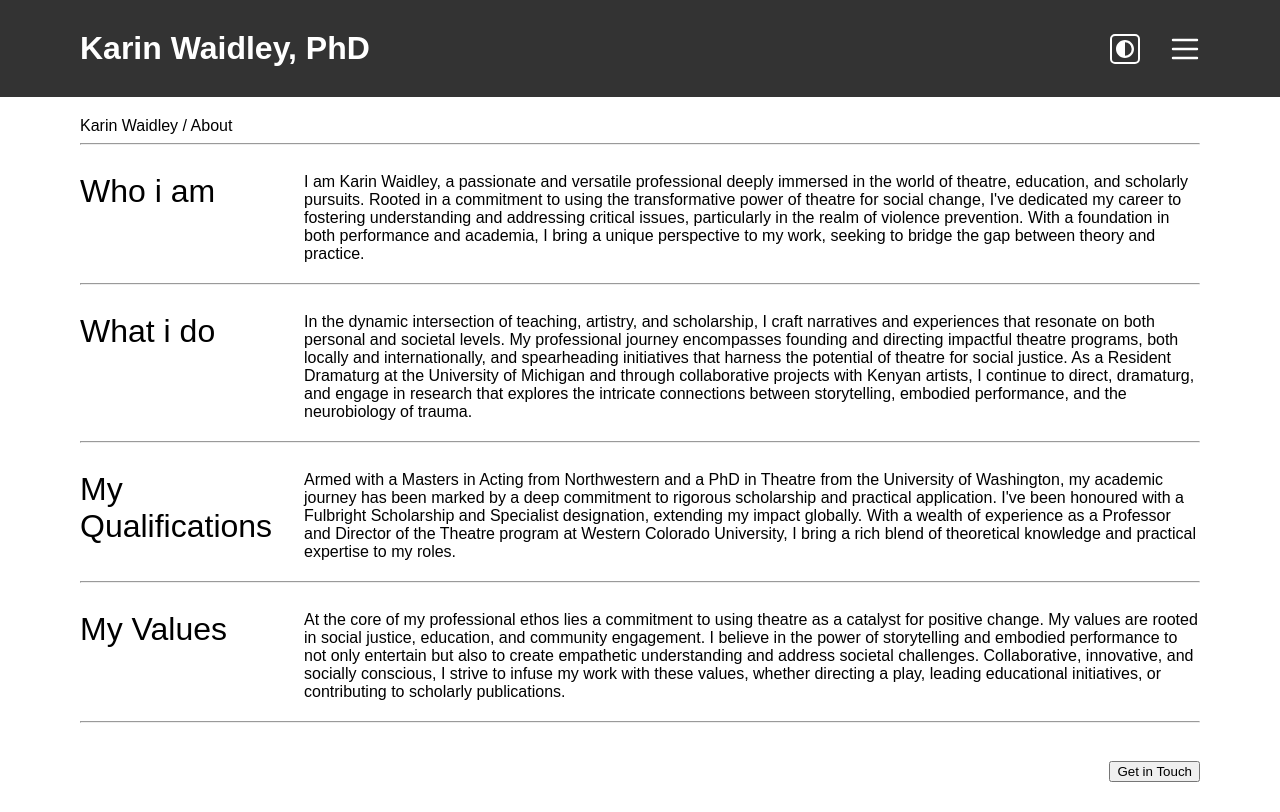
Repository: Ceasor7/Karin
Page: about.html
The author's editor kept a copy of each file at every save. The page is drawn from the files as they stood at one save, then again after the next save.
The browser window is 1280 px wide. The pictures show the whole page.

Above is the page before, as saved 2023-12-14 14:24:17.
Not found: stingo.css

### about.html
<!DOCTYPE html>
<html lang="en">

<head>
    <meta charset="UTF-8">
    <meta name="viewport" content="width=device-width, initial-scale=1.0">
    <link rel="stylesheet" href="stingo.css">
    <title>Karin Waidley,PhD | About</title>
    <style>
        /* about page */
        nav {
            float: left;
            width: 20%;
            font-size: 2em;
        }

        article {
            float: left;
            width: 80%;
            margin-bottom: 20px;
        }

        /* Clear floats after the columns */
        section::after {
            content: "";
            display: table;
            clear: both;
        }

        .about-button {
            margin-top: 30px;
            text-align: right;
            margin-bottom: 30px;
            margin-right: 80px;
        }

        /* about page */
        /* navbar */
        /* Resetting some default styles for better consistency */
        body,
        h1,
        h2,
        h3,
        p,
        ul,
        li {
            margin: 0;
            padding: 0;
            list-style: none;
        }

        /* Global styles */
        body {
            font-family: Arial, sans-serif;
        }

        /* Navbar styles */
        header {
            background-color: #333;
            color: white;
            padding: 10px 0;
        }

        .navbar {
            display: flex;
            justify-content: space-between;
            align-items: center;
            padding: 20px;
            margin-left: 60px;
            margin-right: 60px;
        }

        .navbar-logo {
            font-size: 2em;
            font-weight: bold;
        }

        .navbar-icons {
            display: flex;
            gap: 10px;
        }

        .dark-mode-toggle {
            color: var(--secondary-color);
            border: 2px solid currentColor;
            padding: 4px;
            background: transparent;
            cursor: pointer;
            border-radius: 5px;
            width: 30px;
            height: 30px;
        }

        .dark-mode-toggle,
        .svg-icon {
            margin-right: 20px;
        }

        /* Main content styles */
        section {
            margin-top: 20px;
            margin-left: 80px;
            margin-right: 80px;
        }

        /* navbar */
    </style>
</head>

<body>
    <header>
        <div class="navbar">
            <div class="navbar-logo">Karin Waidley, PhD</div>
            <div class="navbar-icons">
                <button id="dark-mode-toggle" class="dark-mode-toggle">
                    <svg width="100%" xmlns="http://www.w3.org/2000/svg" viewBox="0 0 496 496">
                        <path fill="currentColor"
                            d="M8,256C8,393,119,504,256,504S504,393,504,256,393,8,256,8,8,119,8,256ZM256,440V72a184,184,0,0,1,0,368Z"
                            transform="translate(-8 -8)" />
                    </svg>
                </button>
                <svg xmlns="http://www.w3.org/2000/svg" x="0px" y="0px" width="30" height="30" viewBox="0 0 50 50"
                    style="fill:#FFFFFF;">
                    <path
                        d="M 5 8 A 2.0002 2.0002 0 1 0 5 12 L 45 12 A 2.0002 2.0002 0 1 0 45 8 L 5 8 z M 5 23 A 2.0002 2.0002 0 1 0 5 27 L 45 27 A 2.0002 2.0002 0 1 0 45 23 L 5 23 z M 5 38 A 2.0002 2.0002 0 1 0 5 42 L 45 42 A 2.0002 2.0002 0 1 0 45 38 L 5 38 z">
                    </path>
                </svg>
            </div>
        </div>
    </header>

    <section>
        <p>Karin Waidley / About</p>
        <hr>
    </section>

    <section>
        <nav>
            Who i am
        </nav>

        <article>
            I am Karin Waidley, a passionate and versatile professional deeply immersed in the world of theatre,
            education, and scholarly pursuits. Rooted in a commitment to using the transformative power of theatre
            for
            social change, I've dedicated my career to fostering understanding and addressing critical issues,
            particularly in the realm of violence prevention. With a foundation in both performance and academia, I
            bring a unique perspective to my work, seeking to bridge the gap between theory and practice.
        </article>
        <hr>
    </section>
    <section>
        <nav>
            What i do
        </nav>

        <article>
            In the dynamic intersection of teaching, artistry, and scholarship, I craft narratives and experiences
            that
            resonate on both personal and societal levels. My professional journey encompasses founding and
            directing
            impactful theatre programs, both locally and internationally, and spearheading initiatives that harness
            the
            potential of theatre for social justice. As a Resident Dramaturg at the University of Michigan and
            through
            collaborative projects with Kenyan artists, I continue to direct, dramaturg, and engage in research that
            explores the intricate connections between storytelling, embodied performance, and the neurobiology of
            trauma.
        </article>
        <hr>
    </section>
    <section>
        <nav>
            My Qualifications
        </nav>

        <article>
            Armed with a Masters in Acting from Northwestern and a PhD in Theatre from the University of Washington,
            my
            academic journey has been marked by a deep commitment to rigorous scholarship and practical application.
            I've been honoured with a Fulbright Scholarship and Specialist designation, extending my impact
            globally.
            With a wealth of experience as a Professor and Director of the Theatre program at Western Colorado
            University, I bring a rich blend of theoretical knowledge and practical expertise to my roles.
        </article>
        <hr>
    </section>

    <section>
        <nav>
            My Values
        </nav>

        <article>
            At the core of my professional ethos lies a commitment to using theatre as a catalyst for positive
            change.
            My values are rooted in social justice, education, and community engagement. I believe in the power of
            storytelling and embodied performance to not only entertain but also to create empathetic understanding
            and
            address societal challenges. Collaborative, innovative, and socially conscious, I strive to infuse my
            work
            with these values, whether directing a play, leading educational initiatives, or contributing to
            scholarly
            publications.
        </article>
        <hr>
    </section>
    <div class="about-button">
        <button class="contact-button">Get in Touch</button>
    </div>

    <script src="darkMode.js"></script>
</body>





</html>

### darkMode.js
let darkMode = localStorage.getItem('darkMode');

const darkModeToggle = document.querySelector('#dark-mode-toggle');

const enableDarkMode = () => {
  document.body.classList.add('darkmode');
  localStorage.setItem('darkMode', 'enabled');
}

const disableDarkMode = () => {
  document.body.classList.remove('darkmode');
  localStorage.setItem('darkMode', null);
}

if (darkMode === 'enabled') {
  enableDarkMode();
}

darkModeToggle.addEventListener('click', () => {
  darkMode = localStorage.getItem('darkMode');


  if (darkMode !== 'enabled') {
    enableDarkMode();
  } else {
    disableDarkMode();
  }
});

After the next save:
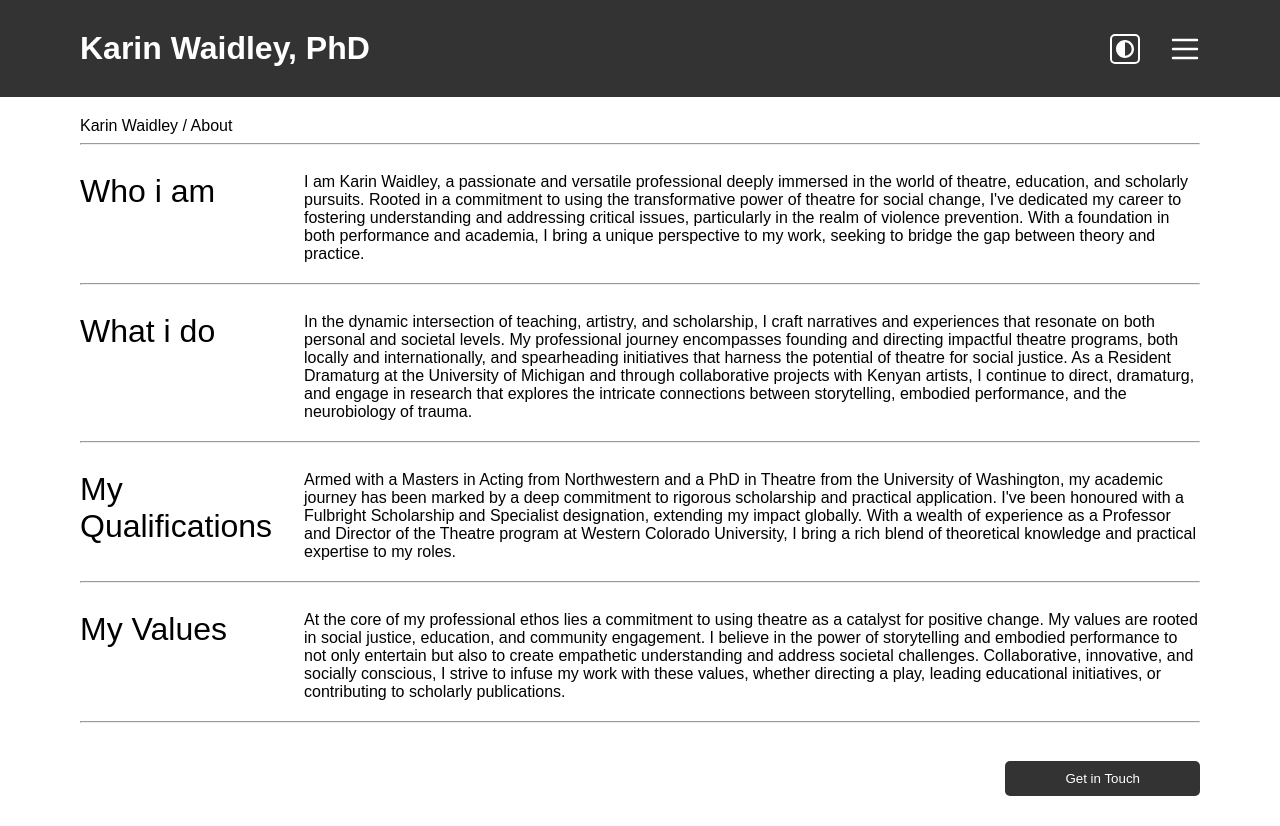
Saved 47 s later.
--- a/about.html
+++ b/about.html
@@ -32,6 +32,17 @@
             text-align: right;
             margin-bottom: 30px;
             margin-right: 80px;
+        }
+
+        .contact-button {
+            padding: 10px;
+            background-color: #333;
+            color: white;
+            padding-left: 60px;
+            padding-right: 60px;
+            border-radius: 5px;
+            border: none;
+            cursor: pointer;
         }
 
         /* about page */
